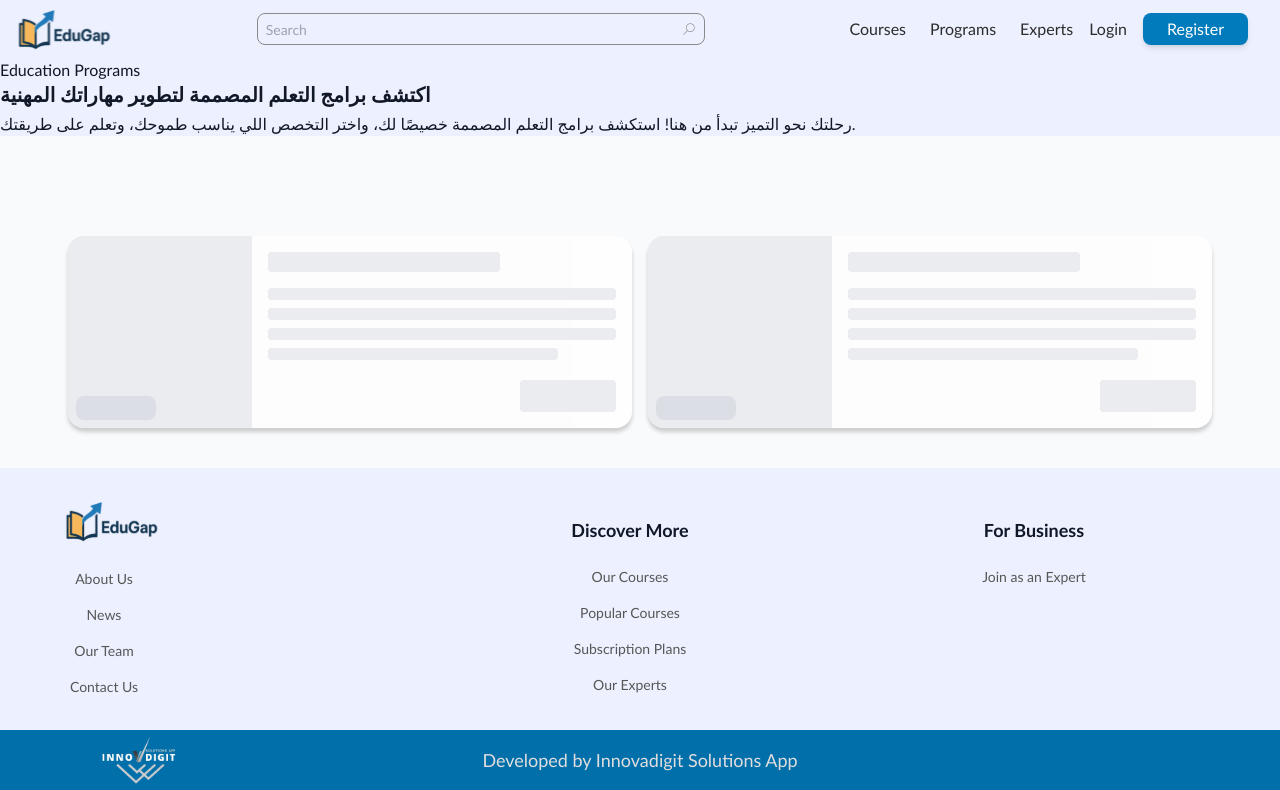
Repository: Yehyv/EduGap-Project
Page: /programs-list
The author's editor kept a copy of each file at every save. The page is drawn from the files as they stood at one save, then again after the next save.
The browser window is 1280 px wide. The pictures show the whole page.
The page's requests for data from a server got no answer. The project was rebuilt for these pictures with package versions that can differ from the ones it lists, and the page was loaded fresh each time. Some packages were replaced by stand-ins written for this rebuild. No one was signed in, and anything a server would have sent is missing. Also part of the build but not shown: vite.config.ts, src/features/auth/services/authApi.ts, src/shared/utils/AppSwal.tsx, src/shared/utils/ShowMessagesAlert.tsx, src/features/auth/hooks/useLogin.ts, src/features/auth/components/LoginForm.tsx, src/features/auth/index.ts, src/shared/hooks/useClickOutside.ts and 75 more.

Above is the page before, as saved 2025-09-30 14:59:49.

### index.html
<!doctype html>
<html lang="en">

<head>
  <meta charset="UTF-8" />
  <meta name="viewport" content="width=device-width, initial-scale=1.0" />
  <link rel="icon" type="image/svg+xml" href="/favicon.svg" />
  <link rel="icon" type="image/png" href="/favicon-96x96.png" sizes="96x96" />
  <link rel="icon" type="image/svg+xml" href="/favicon.svg" />
  <link rel="shortcut icon" href="/favicon.ico" />
  <link rel="apple-touch-icon" sizes="180x180" href="/apple-touch-icon.png" />
  <link rel="manifest" href="/site.webmanifest" />
  <title>EduGap</title>
</head>

<body>
  <div id="root"></div>
  <script type="module" src="/src/main.tsx"></script>
</body>

</html>

### src/main.tsx
import { createRoot } from "react-dom/client";
import { BrowserRouter } from "react-router-dom";
import "./index.css";
import AppRoutes from "./routes/AppRoutes.tsx";
import "slick-carousel/slick/slick.css";
import "slick-carousel/slick/slick-theme.css";
import { AuthProvider } from "./features/auth/context/AuthContext.tsx";
import { QueryClient, QueryClientProvider } from "@tanstack/react-query";
import { ReactQueryDevtools } from "@tanstack/react-query-devtools";
import { LanguageProvider } from "./shared/localization/LanguageProvider.tsx";
import HtmlDirection from "./shared/utils/HtmlDirections.tsx";

const queryClient = new QueryClient();

createRoot(document.getElementById("root")!).render(
  <QueryClientProvider client={queryClient}>
    <BrowserRouter>
      <LanguageProvider>
        <HtmlDirection>
          <AuthProvider>
            <AppRoutes />
            {import.meta.env.DEV && (
              <ReactQueryDevtools initialIsOpen={false} />
            )}
          </AuthProvider>
        </HtmlDirection>
      </LanguageProvider>
    </BrowserRouter>
  </QueryClientProvider>
);

### src/features/auth/context/AuthContext.tsx
import { createContext, useContext, useState } from "react";
import type { AuthContextType } from "../auth.types";

const AuthContext = createContext<AuthContextType | undefined>(undefined);

export const AuthProvider = ({ children }: { children: React.ReactNode }) => {
  const [token, setToken] = useState<string | null>(
    localStorage.getItem("token")
  );

  const login = (newToken: string) => {
    localStorage.setItem("token", newToken);
    setToken(newToken);
  };
  const saveRefreshToken = (refreshToken: string) => {
    localStorage.setItem("refresh-token", refreshToken);
  };

  const logout = () => {
    localStorage.removeItem("token");
    setToken(null);
  };

  return (
    <AuthContext.Provider value={{ token, login, logout, saveRefreshToken }}>
      {children}
    </AuthContext.Provider>
  );
};

export const useAuth = () => {
  const ctx = useContext(AuthContext);
  if (!ctx) {
    throw new Error("useAuth must be used inside AuthProvider");
  }
  return ctx;
};

### src/shared/localization/LanguageProvider.tsx
import { useState, useEffect } from "react";
import translations from "./translations";
import { LanguageContext } from "./LanguageContext";
import type { Language, TranslationKeys } from "./LanguageContext";

export const LanguageProvider = ({
  children,
}: {
  children: React.ReactNode;
}) => {
  const [lang, setLangState] = useState<Language>(() => {
    const saved = localStorage.getItem("lang") as Language | null;
    if (saved) return saved;
    if (navigator.language.startsWith("ar")) return "ar";
    return "en";
  });

  useEffect(() => {
    localStorage.setItem("lang", lang);
    document.body.dir = lang === "ar" ? "rtl" : "ltr";
    document.body.lang = lang;
  }, [lang]);

  const t = (key: TranslationKeys) => translations[lang][key];

  const setLang = (newLang: Language) => {
    setLangState(newLang);
  };

  return (
    <LanguageContext.Provider value={{ lang, setLang, t }}>
      {children}
    </LanguageContext.Provider>
  );
};

### src/shared/utils/HtmlDirections.tsx
import { useEffect } from "react";
import { useLanguage } from "../localization/useLanguage";

const HtmlDirection = ({ children }: { children: React.ReactNode }) => {
  const { lang } = useLanguage();

  useEffect(() => {
    document.body.dir = lang === "ar" ? "rtl" : "ltr";
    document.body.lang = lang;
  }, [lang]);

  return <>{children}</>;
};

export default HtmlDirection;

### src/assets/fonts/fonts.css
@font-face {
  font-family: "Rubik";
  src: url("./Rubik-Regular.woff2") format("woff2");
  font-weight: 400;
  font-style: normal;
}

@font-face {
  font-family: "Rubik";
  src: url("./Rubik-Medium.woff2") format("woff2");
  font-weight: 500;
  font-style: normal;
}

@font-face {
  font-family: "Rubik";
  src: url("./Rubik-Bold.woff2") format("woff2");
  font-weight: 700;
  font-style: normal;
}

### src/layouts/MainLayout/MainLayouts.tsx
import { Outlet } from "react-router-dom";
import { Header, InnovaFooter, Footer } from "@/shared/components";

const MainLayout = () => {
  return (
    <div className="min-h-screen flex flex-col bg-gray-50">
      <Header />
      {/* Main Content */}
      <main className="flex-1 grid grid-cols-1 gap-10 ">{<Outlet />}</main>
      <div>
        <Footer />
        <InnovaFooter />
      </div>
    </div>
  );
};

export default MainLayout;

### src/pages/ProgramsList.tsx
import SectionTitle from "@/shared/components/SectionTitle";
import type { ProgramsResponse } from "@/shared/types/sharedTypes";
import { useQuery } from "@tanstack/react-query";
import ErrorMessage from "@/shared/components/ErrorMessage";
import ScrollToTop from "@/shared/utils/ScrollToTop";
import CustomPagination from "@/shared/utils/CustomPagination";
import { useLanguage } from "@/shared/localization/useLanguage";
import { useSearchParams } from "react-router-dom";
import ProgramsSectionCardSkeleton from "@/shared/components/ui/ProgramsSectionCardSkeleton";
import ProgramsSectionCard from "@/shared/components/EduGap/ProgramsSectionCard";
import { RESULTS_PER_PAGE } from "@/shared/utils/globals";
import { getAllEducationsList } from "@/features/GuestHome/services/GuestHomeApi";

const GuestPopularCoursesPage = () => {
  const { t } = useLanguage();
  const [searchParams, setSearchParams] = useSearchParams();
  const page = Number(searchParams.get("page")) || 1;

  const { data, isLoading, error } = useQuery<ProgramsResponse>({
    queryKey: ["getGuestProgramsList", page],
    queryFn: () => getAllEducationsList(page.toString(), RESULTS_PER_PAGE),
  });

  const handlePageChange = (newPage: number) => {
    setSearchParams({ page: newPage.toString() });
  };

  if (error) return <ErrorMessage message={error?.message} />;

  return (
    <>
      <div className="bg-primary">
        <h5>{t("programs_title")}</h5>
        <h4>اكتشف برامج التعلم المصممة لتطوير مهاراتك المهنية</h4>
        <p>
          رحلتك نحو التميز تبدأ من هنا! استكشف برامج التعلم المصممة خصيصًا لك،
          واختر التخصص اللي يناسب طموحك، وتعلم على طريقتك.
        </p>
      </div>
      <div className="mb-5 mt-10 container">
        <ScrollToTop />

        {isLoading ? (
          <div className="grid grid-cols-1 sm:grid-cols-2 gap-2">
            {Array.from({ length: 2 }).map((_, idx) => (
              <ProgramsSectionCardSkeleton key={idx} />
            ))}
          </div>
        ) : data?.formattedPrograms?.length === 0 ? (
          <div className="flex justify-center items-center py-10">
            <p className="text-gray-500 text-lg font-medium">
              {t("no_data_available") ?? "لا يوجد بيانات متاحة"}
            </p>
          </div>
        ) : (
          <>
            <div className="grid grid-cols-1 sm:grid-cols-2 gap-4">
              {data?.formattedPrograms?.map((d, index) => (
                <ProgramsSectionCard key={index} data={d} />
              ))}
            </div>
            <CustomPagination
              currentPage={data?.pagination.page ?? 1}
              onPageChange={handlePageChange}
              totalPages={data?.pagination.totalPages ?? 1}
            />
          </>
        )}
      </div>
    </>
  );
};

export default GuestPopularCoursesPage;

### src/shared/localization/LanguageContext.tsx
import { createContext } from "react";
import translations from "./translations";

export type Language = keyof typeof translations;
export type TranslationKeys = keyof (typeof translations)["en"];

export type LanguageContextType = {
  lang: Language;
  setLang: (lang: Language) => void;
  t: (key: TranslationKeys) => string;
};

export const LanguageContext = createContext<LanguageContextType | undefined>(
  undefined
);

### src/shared/localization/useLanguage.ts
import { useContext } from "react";
import { LanguageContext } from "./LanguageContext";

export const useLanguage = () => {
  const context = useContext(LanguageContext);
  if (!context) {
    throw new Error("useLanguage must be used within LanguageProvider");
  }
  return context;
};

### src/shared/components/index.ts
export { default as Header } from "./Header";
export { default as InnovaFooter } from "./InnovaFooter";
export { default as Footer } from "./Footer";
export { default as Loader } from "./Loader";
export { default as GradientButton } from "./ui/GradientButton";
export { default as LightButton } from "./ui/LightButton";
export { default as TextField } from "./forms/TextField";
export { default as NotFoundLottie } from "./NotFoundLottie";

### src/features/GuestHome/services/GuestHomeApi.ts
import api from "@/shared/services/axios";
import type {
  ApiResponse,
  CoursesResponse,
  CourseType,
  ExpertsResponse,
  ProgramsResponse,
  ProgramsType,
} from "@/shared/types/sharedTypes";

export async function getPopularCoursesForSlider(): Promise<CourseType[]> {
  const res = await api.get<ApiResponse<CourseType[]>>("/contents/first-8");
  return res.data.data;
}
export async function getSavedCoursesForSlider(): Promise<CourseType[]> {
  const res = await api.get<ApiResponse<CourseType[]>>(
    "/saved-contents/user/first-8"
  );
  return res.data.data;
}
export async function getAllPopularCourses(
  page: string,
  limit: number
): Promise<CoursesResponse> {
  const res = await api.get<ApiResponse<CoursesResponse>>("/contents", {
    params: { page, limit },
  });
  return res.data.data;
}

export async function getAllSavedContents(
  page: string,
  limit: number
): Promise<CoursesResponse> {
  const res = await api.get<ApiResponse<CoursesResponse>>(
    "/saved-contents/user",
    {
      params: { page, limit },
    }
  );
  return res.data.data;
}

export async function getEducationProgramsForSlider(): Promise<ProgramsType[]> {
  const res = await api.get<ApiResponse<ProgramsType[]>>("/programs/first-8");
  return res.data.data;
}

export async function getAllEducationsList(
  page: string,
  limit: number
): Promise<ProgramsResponse> {
  const res = await api.get<ApiResponse<ProgramsResponse>>("/programs", {
    params: { page, limit },
  });
  return res.data.data;
}

export async function getAllExpertsList(
  page: string,
  limit: number
): Promise<ExpertsResponse> {
  const res = await api.get<ApiResponse<ExpertsResponse>>("/educators", {
    params: {
      page,
      limit,
    },
  });
  return res.data.data;
}

### src/shared/utils/globals.ts
export const RESULTS_PER_PAGE = 3;

### src/shared/components/ui/ProgramsSectionCardSkeleton.tsx
const ProgramsSectionCardSkeleton = () => {
  return (
    <div className="bg-white flex rounded-2xl shadow-custom overflow-hidden my-5 mx-1 animate-pulse">
      {/* Left image skeleton */}
      <div className="w-1/2 relative bg-gray-200">
        <div className="w-full h-40 bg-gray-200"></div>
        <div className="absolute start-2 bottom-2 bg-gray-300 rounded-lg px-3 py-1 text-sm w-20 h-6"></div>
      </div>

      {/* Right content skeleton */}
      <div className="w-full p-4 flex flex-col">
        {/* Title */}
        <div className="h-5 bg-gray-200 rounded w-2/3 mb-4"></div>
        {/* Description lines */}
        <div className="space-y-2 flex-1">
          <div className="h-3 bg-gray-200 rounded"></div>
          <div className="h-3 bg-gray-200 rounded"></div>
          <div className="h-3 bg-gray-200 rounded"></div>
          <div className="h-3 bg-gray-200 rounded w-5/6"></div>
        </div>
        {/* Button skeleton */}
        <div className="h-8 bg-gray-200 rounded w-24 self-end mt-5"></div>
      </div>
    </div>
  );
};

export default ProgramsSectionCardSkeleton;

### src/shared/components/Header.tsx
import LogoSm from "@/assets/svgs/LogoSm.svg?react";
import NavListIcon from "@/assets/svgs/NavListIcon.svg?react";
import { Link } from "react-router";
import DefaultButton from "./ui/DefaultButton";
import { useState } from "react";
import UserNav from "./UserNav";
import { useLanguage } from "../localization/useLanguage";
import SearchBar from "./ui/SearchBar";

const Header = ({ isLoggedIn = false }: { isLoggedIn?: boolean }) => {
  const { t, lang } = useLanguage();
  const [menuOpen, setMenuOpen] = useState(false);

  return (
    <header
      className={`${
        isLoggedIn ? "bg-white" : "bg-primary"
      } py-2 z-50 sticky start-0 end-0 top-0`}
    >
      <div className="container mx-auto flex items-center justify-between gap-4 px-4">
        {/* Logo */}
        <Link to={"/userHome"}>
          <LogoSm className="w-24 cursor-pointer" />
        </Link>

        {/* Desktop Search */}
        <SearchBar
          placeholder={t("search_placeholder")}
          lang={lang}
          className="sm:max-w-md mx-auto max-md:hidden"
        />

        {/* Desktop Nav */}
        <nav className="hidden md:flex gap-6">
          <Link to="/">{t("nav_courses")}</Link>
          <Link to="/">{t("nav_programs")}</Link>
          <Link to="/">{t("nav_experts")}</Link>
        </nav>

        {/* Not Auth */}
        {!isLoggedIn && (
          <div className="hidden md:flex gap-4 items-center">
            <Link to="/login">{t("auth_login")}</Link>
            <DefaultButton
              text={t("auth_register")}
              type="reset"
              moreStyle="px-6 !py-1"
              onClick={() => {}}
            />
          </div>
        )}

        {/* User & Mobile Menu */}
        <div className="flex gap-4">
          {isLoggedIn && <UserNav />}
          <button
            className="md:hidden flex items-center cursor-pointer p-1"
            onClick={() => setMenuOpen(!menuOpen)}
          >
            <NavListIcon className="h-5 w-5" />
          </button>
        </div>
      </div>

      {/* Mobile Menu */}
      {menuOpen && (
        <div
          className="md:hidden bg-white shadow-md px-4 mt-2 pt-4 pb-6 space-y-4"
          dir={lang === "ar" ? "rtl" : "ltr"}
        >
          <nav className="flex flex-col gap-3">
            <Link to="/">{t("nav_courses")}</Link>
            <Link to="/">{t("nav_programs")}</Link>
            <Link to="/">{t("nav_experts")}</Link>
          </nav>
          {!isLoggedIn && <Link to="/login">{t("auth_login")}</Link>}
          <div className="flex justify-between mt-4 gap-2">
            {!isLoggedIn && (
              <DefaultButton
                text={t("auth_register")}
                type="reset"
                moreStyle="w-[150px] !py-1"
                onClick={() => {}}
              />
            )}
          </div>
        </div>
      )}

      {/* Mobile Search */}
      <div className="mx-4 md:hidden mt-3">
        <SearchBar
          placeholder={t("search_placeholder")}
          lang={lang}
          className="max-w-md mx-auto"
        />
      </div>
    </header>
  );
};

export default Header;

### src/shared/components/InnovaFooter.tsx
import InnovaLogo from "@/assets/svgs/InnovaLogo.svg?react";
import { useLanguage } from "../localization/useLanguage";
const InnovaFooter = () => {
  const { t } = useLanguage();
  return (
    <footer className="text-[#E0DEDE] text-lg bg-[#016FA9] max-md:text-sm  text-center center items-center relative min-h-[60px]">
      <InnovaLogo className="h-[50px] max-sm:h-[35px] absolute max-sm:static left-20 max-md:left-0" />
      <div className="max-sm:mx-2">
        {" "}
        {t("footer_by_company")} Innovadigit Solutions App{" "}
      </div>
    </footer>
  );
};

export default InnovaFooter;

### src/shared/components/ui/DefaultButton.tsx
type defaultButtonPropsTypes = {
  text: string | React.ReactNode;
  type: "submit" | "reset" | "button" | undefined;
  moreStyle?: string;
  onClick: () => void;
  disabled?: boolean;
};
const DefaultButton = ({
  text,
  type,
  moreStyle,
  onClick,
  disabled,
}: defaultButtonPropsTypes) => {
  return (
    <button
      disabled={disabled}
      onClick={onClick}
      type={type}
      className={`${moreStyle} bg-gradient-to-r cursor-pointer bg-secondary text-white  px-4 py-2 rounded-lg shadow-md hover:to-secondary-dark transition`}
    >
      {text}
    </button>
  );
};

export default DefaultButton;

### src/shared/services/axios.ts
import axios from "axios";

const api = axios.create({
  baseURL: import.meta.env.VITE_BASE_URL,
  headers: {
    "Content-Type": "application/json",
  },
});

// 🔹 Refresh token API call
const refreshAccessToken = async () => {
  try {
    const refreshToken = localStorage.getItem("refresh-token");
    if (!refreshToken) throw new Error("No refresh token found");

    const response = await axios.post(
      `${import.meta.env.VITE_BASE_URL}/auth/refresh`,
      {},
      {
        headers: {
          Authorization: `Bearer ${refreshToken}`,
        },
      }
    );

    const newAccessToken = response.data?.data?.accessToken;
    const newRefreshToken = response.data?.data?.refreshToken;

    if (newAccessToken) {
      localStorage.setItem("token", newAccessToken);
    }
    if (newRefreshToken) {
      localStorage.setItem("refresh-token", newRefreshToken);
    }

    return newAccessToken;
  } catch (err) {
    localStorage.removeItem("token");
    localStorage.removeItem("refresh-token");
    localStorage.removeItem("user");
    processQueue(err, null);
    window.location.href = "/login";
    throw err;
  }
};

// 🔹 Request interceptor
api.interceptors.request.use(
  (config) => {
    const token = localStorage.getItem("token");
    const lang = localStorage.getItem("lang");

    if (token) {
      config.headers.Authorization = `Bearer ${token}`;
    }
    if (lang) {
      config.headers["languageId"] = lang === "en" ? "1" : "2";
    }
    return config;
  },
  (error) => Promise.reject(error)
);

// 🔹 Response interceptor with refresh flow
let isRefreshing = false;
let failedQueue: any[] = [];

const processQueue = (error: any, token: string | null = null) => {
  failedQueue.forEach((prom) => {
    if (error) {
      prom.reject(error);
    } else {
      prom.resolve(token);
    }
  });
  failedQueue = [];
};

api.interceptors.response.use(
  (response) => response,
  async (error) => {
    const originalRequest = error.config;

    // if unauthorized
    if (error.response?.status === 401 && !originalRequest._retry) {
      if (isRefreshing) {
        // wait until refreshing is done
        return new Promise((resolve, reject) => {
          failedQueue.push({ resolve, reject });
        })
          .then((token) => {
            originalRequest.headers.Authorization = `Bearer ${token}`;
            return api(originalRequest);
          })
          .catch((err) => Promise.reject(err));
      }

      originalRequest._retry = true;
      isRefreshing = true;

      try {
        const newToken = await refreshAccessToken();
        processQueue(null, newToken);

        originalRequest.headers.Authorization = `Bearer ${newToken}`;
        return api(originalRequest);
      } catch (err) {
        processQueue(err, null);
        throw err;
      } finally {
        isRefreshing = false;
      }
    }

    return Promise.reject(error);
  }
);

export default api;

### src/shared/components/ui/SearchBar.tsx
import SearchIcon from "@/assets/svgs/SearchIcon.svg?react";

const SearchBar = ({
  placeholder,
  lang,
  className = "",
}: {
  placeholder: string;
  lang: string;
  className?: string;
}) => (
  <div className={`relative text-gray-600 flex-1 ${className}`}>
    <input
      className="border border-[#8A8A8A] w-full h-8 px-2 pr-10 rounded-lg text-sm focus:outline-none"
      type="search"
      name="search"
      placeholder={placeholder}
      dir={lang === "ar" ? "rtl" : "ltr"}
    />
    <button type="submit" className="absolute right-2 top-1/2 -translate-y-1/2">
      <SearchIcon className="w-4 h-4" />
    </button>
  </div>
);

export default SearchBar;

Loaded but not shown: src/shared/utils/ScrollToTop.tsx (common file); src/shared/localization/translations.ts (146 lines, source omitted); src/index.css (201 lines, source omitted); src/shared/components/Footer.tsx (97 lines, source omitted); src/routes/AppRoutes.tsx (89 lines, source omitted)

After the next save:
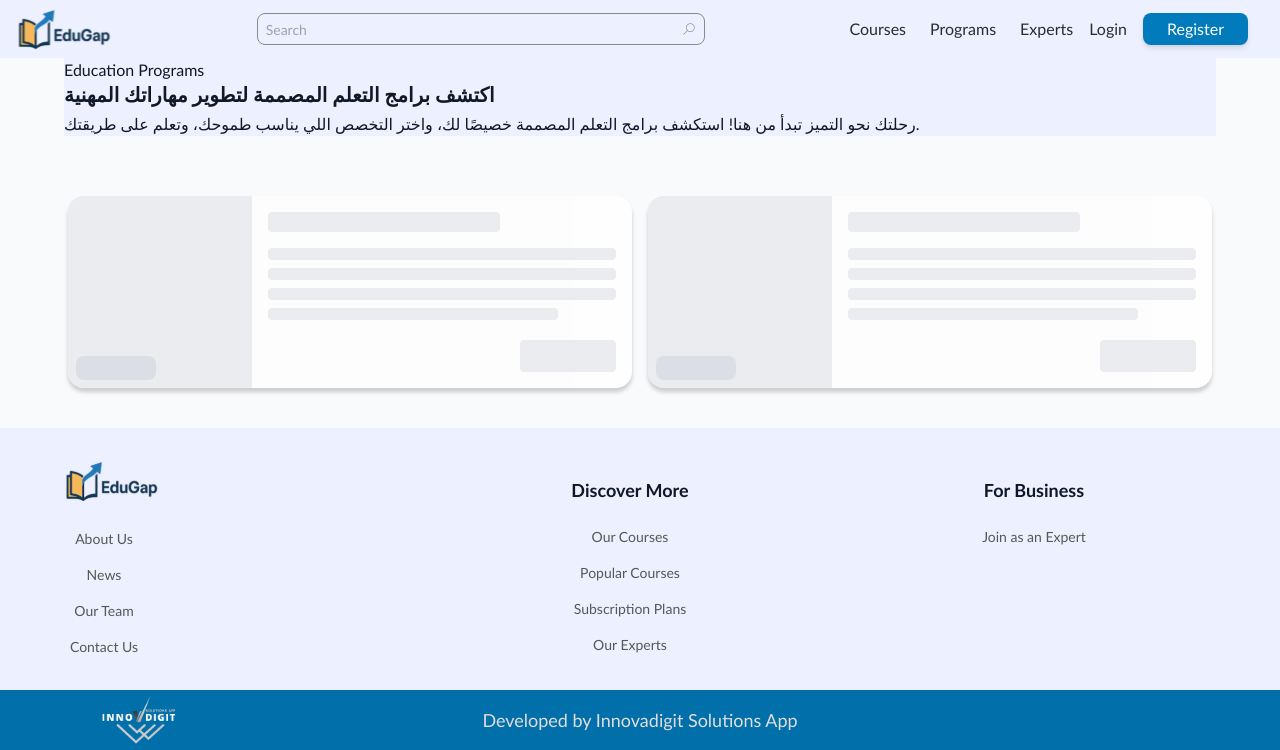
Saved 15 s later.
--- a/src/pages/ProgramsList.tsx
+++ b/src/pages/ProgramsList.tsx
@@ -28,7 +28,7 @@ const GuestPopularCoursesPage = () => {
   if (error) return <ErrorMessage message={error?.message} />;
 
   return (
-    <>
+    <div className="container">
       <div className="bg-primary">
         <h5>{t("programs_title")}</h5>
         <h4>اكتشف برامج التعلم المصممة لتطوير مهاراتك المهنية</h4>
@@ -37,7 +37,7 @@ const GuestPopularCoursesPage = () => {
           واختر التخصص اللي يناسب طموحك، وتعلم على طريقتك.
         </p>
       </div>
-      <div className="mb-5 mt-10 container">
+      <div className="mb-5 mt-10">
         <ScrollToTop />
 
         {isLoading ? (
@@ -67,7 +67,7 @@ const GuestPopularCoursesPage = () => {
           </>
         )}
       </div>
-    </>
+    </div>
   );
 };
 
